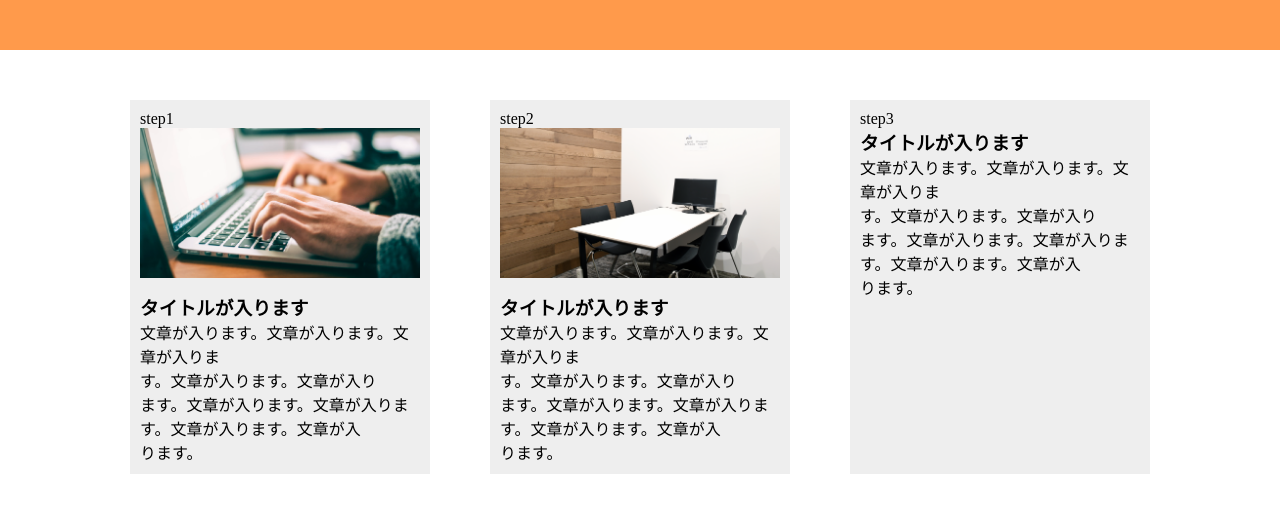
Repository: ryosei-110/HTML-CSS-
Page: 1-9exercise/1-9-2.html
The author's editor kept a record of every edit. The page is drawn from the files as they stood at one moment, then again after the next edit.
The browser window is 1280 px wide. The pictures show the whole page.

Above is the page before.

After the next edit:
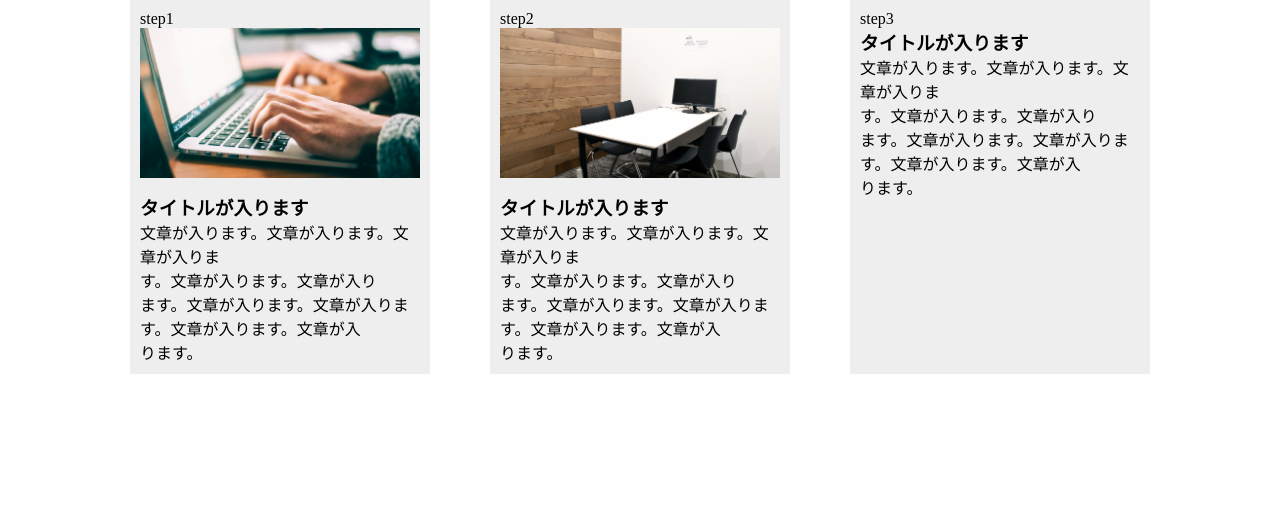
The edit:
--- a/1-9exercise/1-9-2.html
+++ b/1-9exercise/1-9-2.html
@@ -7,7 +7,7 @@
   </head>
 
   <body>
-    <div class="orange"></div>
+    <header></header>
 
     <main>
       <div class="box">
